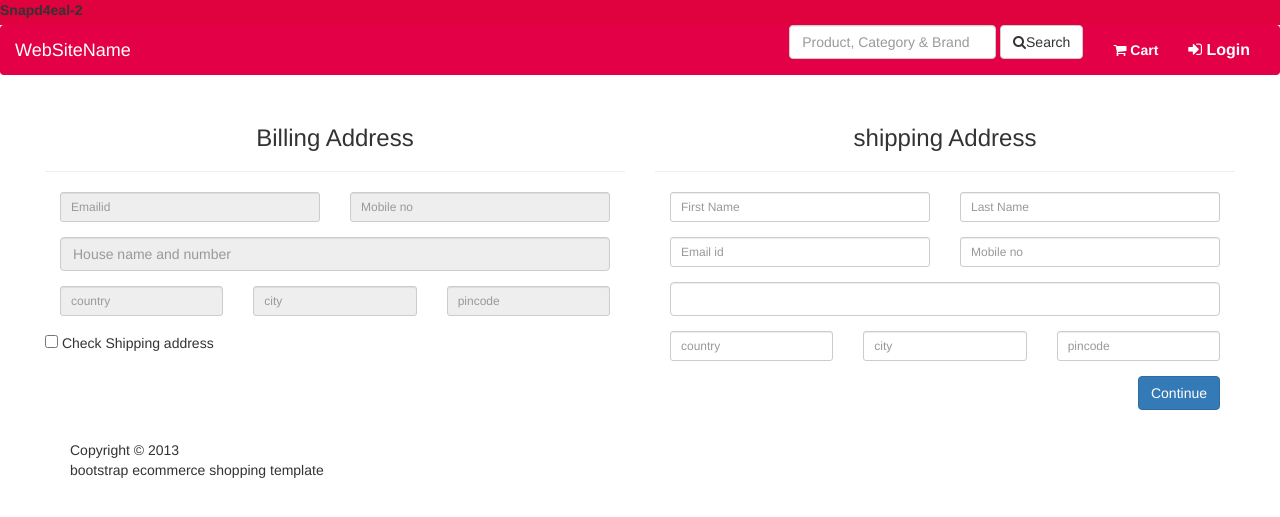
Repository: Aryans26/project
Page: http://localhost/frontend/WEB-INF/views/addressorder.jsp
An editor plug-in stored every save of this project. The page is shown before and after the next save, followed by the edit.
The browser window is 1280 px wide. The pictures show the whole page.
Some web libraries are served in a nearby version. The page is served by Tomcat 9. Nobody is signed in. Other server files are loaded and not shown. The template is opened directly, without the code that normally fills it, so the values that code supplies are empty.

Above is the page before, as saved 2017-06-21 06:59:54.

### frontend/src/main/webapp/WEB-INF/views/addressorder.jsp
<%@ taglib prefix="c" uri="http://www.springframework.org/tags"%>
<%@ taglib prefix="form" uri="http://www.springframework.org/tags/form"%>
<!doctype html>
<html>
<head>
<c:url value="/resource" var="res" />

<!-- <link rel="stylesheet" ref="https://maxcdn.bootstrapcdn.com/bootstrap/3.3.7/css/bootstrap.min.css"> -->
<script
	src="https://ajax.googleapis.com/ajax/libs/jquery/3.2.1/jquery.min.js"></script>
<script
	src="https://maxcdn.bootstrapcdn.com/bootstrap/3.3.7/js/bootstrap.min.js"></script>
<link rel="stylesheet" href="${res}/css/bootstrap.min.css" />
<link rel="stylesheet" href="${res}/css/style.css" />
<link rel="stylesheet" href="${res}/css/font-awesome/css/font-awesome.min.css" />

</head>
<body>
	<%@include file="navbar.jsp"%>
	<div class="span11">

	<div class="col-md-12  col-sm-12  col-xs-8 "
	style="background: #fff; padding: 30px;">

	<div class="col-md-6 col-sm-6 col-xs-12">
		<h3 class="text-center">Billing Address</h3>

		<hr>
			<div class="col-xs-6 col-sm-6 col-md-6">
			<div class="form-group">
				<form:input type="text" path="user.U_email" name="email" class="form-control input-sm"
				placeholder="Emailid" disabled="true"/>
			</div>
		</div>
		<div class="col-xs-6 col-sm-6 col-md-6">
			<div class="form-group">
				<form:input type="number" name="mono" path="user.U_phoneno" disabled="true"
			class="form-control input-sm" placeholder="Mobile no"/>
			</div>
		</div>


		<div class="col-xs-12 col-sm-12 col-md-12">
			<div class="form-group">
				<form:input type="text" class="form-control" path="billing.House_no" disabled="true" placeholder="House name and number"/>

			</div>
		</div>

		<div class="col-xs-12 col-sm-4 col-md-4">
			<div class="form-group">
				<form:input type="text" name="country" disabled="true"
				class="form-control input-sm" placeholder="country" path="billing.Country" />
			</div>
		</div>
		<div class="col-xs-12 col-sm-4 col-md-4">
			<div class="form-group">
			<form:input type="text" name="city" disabled="true"
				class="form-control input-sm" placeholder="city" path="billing.City"/>
			</div>
		</div>
		<div class="col-xs-12 col-sm-4 col-md-4">
			<div class="form-group">
			<form:input type="text" name="pincode" disabled="true"
					class="form-control input-sm" placeholder="pincode" path="billing.Pincode" />
			</div>
		</div>
		<input class="coupon_question" type="checkbox" name="coupon_question"
			value="1"> <span class="item-text">Check Shipping
			address</span>
	</div>


	<div class="col-md-6 shipping col-sm-6 col-xs-12">
		<h3 class="text-center">shipping Address</h3>

		<hr>
	<c:url value="/orderConfirm" var="a"/>
		<form:form action="${a}" method="post" commandName="shippingAddress">


		<div class="col-xs-6 col-sm-6 col-md-6">
			<div class="form-group">
				<form:input type="text" name="first_name" id="first_name" class="form-control input-sm" placeholder="First Name" path="firstname"/>
			</div>
		</div>
		<div class="col-xs-6 col-sm-6 col-md-6">
			<div class="form-group">
				<form:input type="text" name="last_name" id="last_name" class="form-control input-sm" placeholder="Last Name" path="lastname"/>
			</div>
		</div>

		<div class="col-xs-6 col-sm-6 col-md-6">
			<div class="form-group">
				<form:input type="text" name="first_name" id="first_name" class="form-control input-sm" placeholder="Email id" path="email"/>
			</div>
		</div>
		<div class="col-xs-6 col-sm-6 col-md-6">
			<div class="form-group">
				<form:input type="text" name="Mobile_no" class="form-control input-sm" placeholder="Mobile no" path="mono"/>
		</div>
</div>
		<div class="col-xs-12 col-sm-12 col-md-12">
			<div class="form-group">
				<form:input type="text" class="form-control" path="houseno"/>

			</div>
		</div>

		<div class="col-xs-12 col-sm-4 col-md-4">
			<div class="form-group">
				<form:input type="text"	class="form-control input-sm" placeholder="country" path="country"/>
			</div>
		</div>
		<div class="col-xs-12 col-sm-4 col-md-4">
			<div class="form-group">
				<form:input type="text"	class="form-control input-sm" placeholder="city" path="city"/>
			</div>
		</div>
		<div class="col-xs-12 col-sm-4 col-md-4">
			<div class="form-group">
				<form:input type="text" class="form-control input-sm" placeholder="pincode" path="pincode" />
			</div>
		</div>

	<div class="col-md-12">
		<input type="submit" class="btn btn-primary pull-right" value="Continue">
	</div>
   </form:form>
</div>
</div></div>
<!--
Footer
-->

<!-- /container -->

<div class="copyright">
<div class="container">

	<span>Copyright &copy; 2013<br> bootstrap ecommerce shopping template</span>
</div>
</div>
<a href="#" class="gotop"><i class="icon-double-angle-up"></i></a>

  </body>
</html>

### frontend/src/main/webapp/WEB-INF/views/navbar.jsp
<%@ taglib prefix="c" uri="http://www.springframework.org/tags"%>
<%@ taglib prefix="form" uri="http://www.springframework.org/tags/form"%>
<%@ taglib prefix="security" uri="http://www.springframework.org/security/tags" %>
<%@ taglib prefix="c1" uri="http://java.sun.com/jsp/jstl/core"%>
<!DOCTYPE html >
<html>
<head>
<meta http-equiv="Content-Type" content="text/html; charset=ISO-8859-1">
<title>Insert title here</title>
</head>
<body>
	<div class="headder">
		<b>Snapd4eal-2</b>
	</div>

	<nav class="navbar navbar-default" style="color: white;">
		<div class="container-fluid">
			<div class="navbar-header">
				<button type="button" class="navbar-toggle" data-toggle="collapse" data-target="#myNavbar">
					<span class="icon-bar"></span> <span class="icon-bar"></span>
					<span class="icon-bar"></span>
				</button>
				<a class="navbar-brand" href="<c:url value="/"/>"
					style="color: white;">WebSiteName</a>
				<form class="navbar-form navbar-right visible-sm visible-xs">
					<div class="form-group">
						<input type="text" class="form-control"
							placeholder="Product, Category & Brand">
					</div>
					<button type="submit" class="btn btn-default">
						<i class="fa fa-search"></i>Search
					</button>

				</form>
			</div>
			<div class="collapse navbar-collapse" id="myNavbar">
			<c1:if test="${pageContext.request.userPrincipal.name!=null}">
			<security:authorize access="hasRole('ROLE_ADMIN')">
				<ul class="nav navbar-nav">
					<li style="color: white;"><a
						href="<c:url value="/category"/>">Add Category</a></li>
					<li style="color: white;"><a
						href="<c:url value="/addproduct"/>">Add Product</a></li>
					<li style="color: white;"><a
						href="<c:url value="/supplier"/>">Add Supplier</a></li>
<!-- 					<li style="color: white;"><a -->
<%-- 						href="<c:url value="/addcard"/>">Add Card</a></li> --%>

				</ul>
				</security:authorize>
				</c1:if>
				<ul class="nav navbar-nav navbar-right">
					<li><a href="<c:url value="/viewcart"/>"><i class="fa fa-shopping-cart"></i>
							Cart</a></li>

					<li class="dropdown"><a href="#" class="dropbtn"><span
							class="fa fa-sign-in"></span>
							<c1:if test="${pageContext.request.userPrincipal.name==null}"> Login </c1:if>
							 <c1:if test="${pageContext.request.userPrincipal.name!=null}">  Logout</c1:if></a>

						<div class="dropdown-content">
							<a href="#">your account</a>
							<a href="#">your orders</a>
							<c1:if test="${pageContext.request.userPrincipal.name==null}">

							<a href="<c:url value="/users"/>" class="hvr-reg-bordertop" > new user ?<br>
							<b>register</b></a>
<%-- <a href="<c:url value="/login"/>"><button type="button" class="btn btn-danger" style="width: 90%; margin: 10px;">Login</button></a> --%>
							<button type="button" class="btn btn-danger" data-toggle="modal"
								data-target="#myModal" style="width: 90%; margin: 10px;">Login</button>
								</c1:if>

								<c1:if test="${pageContext.request.userPrincipal.name!=null}">
					<a href="<c:url value="/j_spring_security_logout"/>"><button type="button" class="btn btn-danger" >Logout</button></a>
								</c1:if>
						</div></li>

				</ul>
				<form class="navbar-form navbar-right hidden-sm hidden-xs">
					<div class="form-group">
						<input type="text" class="form-control"
							placeholder="Product, Category & Brand">
					</div>
					<button type="submit" class="btn btn-default">
						<i class="fa fa-search"></i>Search
					</button>

				</form>

			</div>
		</div>
	</nav>


	<!-- Modal -->
	<div class="modal fade" id="myModal" role="dialog">
		<div class="modal-dialog modal-lg">
			<div class="modal-content">
				<div class="modal-header">
					<button type="button" class="close" data-dismiss="modal">&times;</button>
					<h4 class="modal-title">Login</h4>
				</div>
				<div class="modal-body">
				<c1:url value="/j_spring_security_check" var="a"/>
					<form role="form" method="post" action="${a} ">
						<div class="form-group">
				<label for="email">Email address:</label>
				<input type="email" class="form-control" id="email" name="j_username" placeholder="Email Id">
						</div>
						<div class="form-group">
				<label for="pwd">Password:</label>
				 <input type="password" class="form-control" id="pwd" name="j_password" placeholder="Password">
						</div>
						<div class="checkbox">
							<label><input type="checkbox"> Remember me</label>
						</div>
						<a class="cursor" data-dismiss="modal" data-toggle="modal"
							data-target="#myModal1">new User ? <b>register</b></a>
						<button type="submit" class="btn btn-success">Submit</button>
					</form>
				</div>
				<div class="modal-footer">
					<button type="button" class="btn btn-default" data-dismiss="modal">Close</button>
				</div>
			</div>
		</div>
	</div>

</body>
</html>

### frontend/src/main/webapp/resource/css/style.css
@charset "utf-8";
/* CSS Document */
.headder {
	min-height: 25px;
	background-color: #E0013F;
}

.navbar-default, .navbar-default li {
	background-color: #e40046;
	color: white;
}

.navbar-default li a {
	color: #FFF;
	font-weight: bold;
}

.navbar-nav li:hover, .navbar-nav li:focus, .navbar-nav li:active {
	background-color: #333;
}

.navbar-nav dropdown:hover {
	background-color: #333;
}

.dropbtn {
	color: white;
	padding: 16px;
	font-size: 16px;
	border: none;
	cursor: pointer;
}

.
.dropdown:hover {
	background-color: #333;
	color: white;
	padding: 16px;
	font-size: 16px;
	border: none;
	cursor: pointer;
}

.dropdown {
	position: relative;
	display: inline-block;
}

.dropdown-content {
	display: none;
	position: absolute;
	background-color: #333;
	min-width: 160px;
	right: 5px;
	box-shadow: 0px 8px 16px 0px rgba(0, 0, 0, 0.2);
	z-index: 1;
}

.dropdown-content a {
	color: black;
	font-size: 14px !important;
	font-weight: normal !important;
	text-align: center;
	padding: 12px 16px;
	text-decoration: none;
	display: block;
}

.dropdown-content a:hover {
	background-color: #000;
}

.dropdown:hover .dropdown-content {
	display: block;
}

.dropdown:hover .dropbtn {
	background-color: #333;
}

.dropdown-content .hvr-reg-bordertop {
	border-top: 1px solid #999;
	padding-top: 20px;
	margin-bottom: 0;
	padding-bottom: 0;
}

.cursor {
	cursor: pointer;
}

.form-fill{
	max-width:500px;
	box-shadow:2px 2px 8px  grey;
	padding:30px 20px;
	margin:10px auto;
	border-radius:10px;
}

.form-list-table{
	border:2px solid grey;
	box-shadow:4px 4px 8px grey;
	border-radius:10px;
}
.head3{
	color:#e40046;
	font-weight:bold;
	text-align:center;
	text-shadow:2px 2px 4px grey;
}

.items-list-head > div{
	Color:red;
	text-align:center;
	font-weight:bolder;
	font-size:20px;
}
.items-list > div{
	border-top:1px solid grey;
	line-height:40px;
	text-align:center;
	font-weight:bold;
}

.box-shadow{
	border-radius:10px;
	box-shadow:2px 2px 8px grey;
}

.list-head{
	font-size:16px;
	font-weight:bold;
	text-shadow:1px 1px 1px grey;
}

Loaded but not shown: frontend/src/main/webapp/resource/css/bootstrap.min.css (library); frontend/src/main/webapp/resource/css/font-awesome/css/font-awesome.min.css (library)

After the next save:
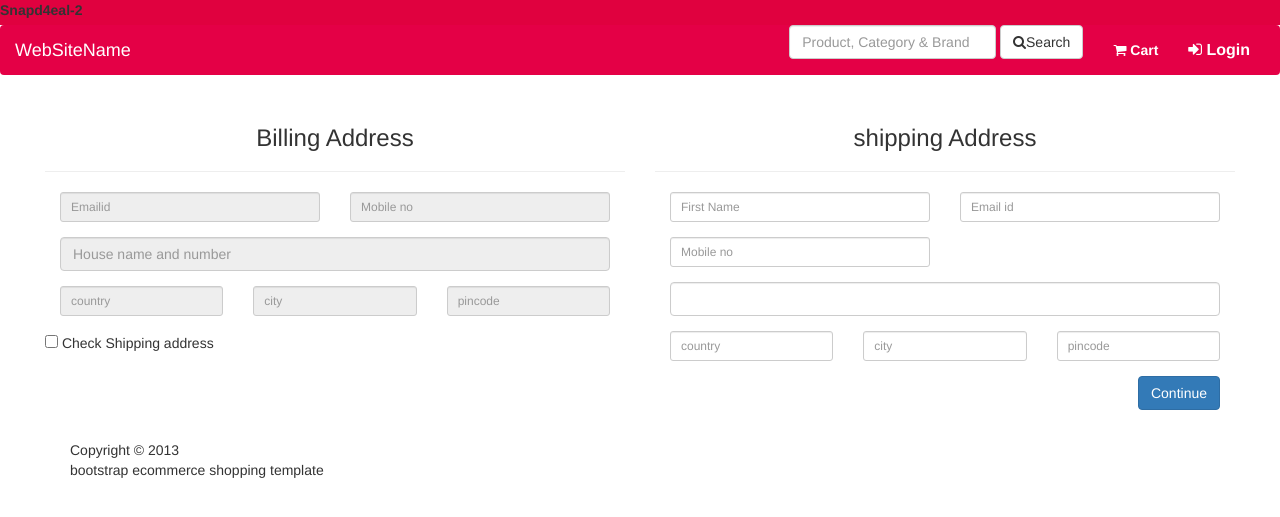
Saved 53 s later.
--- a/frontend/src/main/webapp/WEB-INF/views/addressorder.jsp
+++ b/frontend/src/main/webapp/WEB-INF/views/addressorder.jsp
@@ -81,14 +81,14 @@
 
 		<div class="col-xs-6 col-sm-6 col-md-6">
 			<div class="form-group">
-				<form:input type="text" name="first_name" id="first_name" class="form-control input-sm" placeholder="First Name" path="firstname"/>
+				<form:input type="text" name="first_name" id="first_name" class="form-control input-sm" placeholder="First Name" path="U_name"/>
 			</div>
 		</div>
-		<div class="col-xs-6 col-sm-6 col-md-6">
-			<div class="form-group">
-				<form:input type="text" name="last_name" id="last_name" class="form-control input-sm" placeholder="Last Name" path="lastname"/>
-			</div>
-		</div>
+<!-- 		<div class="col-xs-6 col-sm-6 col-md-6"> -->
+<!-- 			<div class="form-group"> -->
+<%-- 				<form:input type="text" name="last_name" id="last_name" class="form-control input-sm" placeholder="Last Name" path="lastname"/>  --%>
+<!-- 			</div> -->
+<!-- 		</div> -->
 
 		<div class="col-xs-6 col-sm-6 col-md-6">
 			<div class="form-group">
